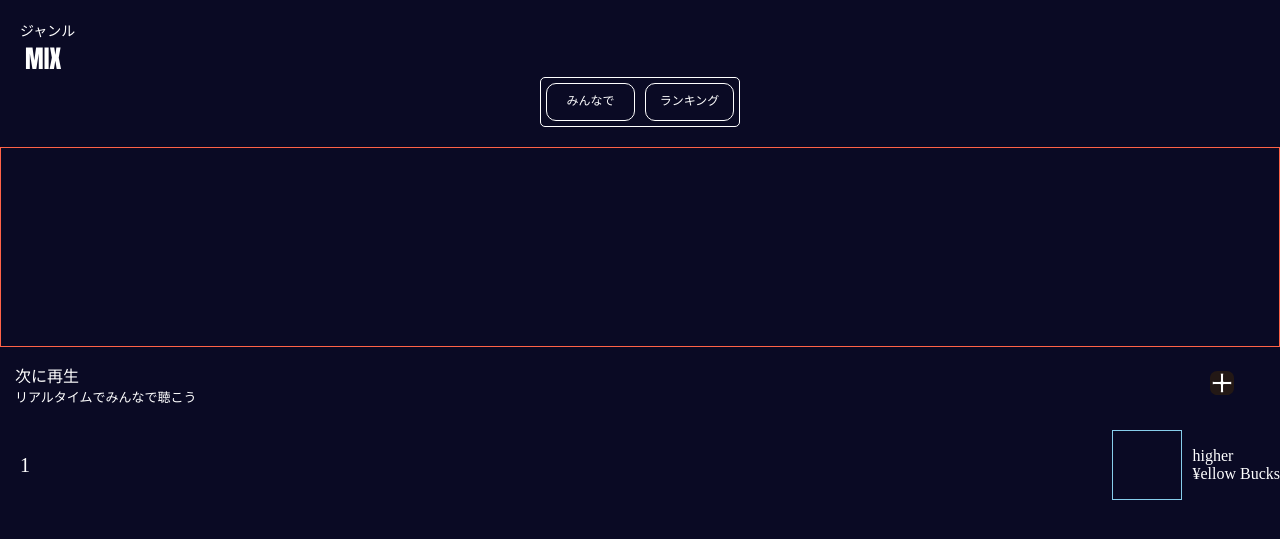
Repository: FujieRyou/2024_team
Page: /LoggedIn
These files come from the project's save history. The page is drawn as it stood at one moment and after the next save; the edit follows.
The browser window is 1280 px wide. The pictures show the whole page.
The project was rebuilt for these pictures with package versions that can differ from the ones it lists, and the page was loaded fresh each time. The framework's server and built-in components were replaced by stand-ins that run in the browser. Also part of the build but not shown: next.config.js.

Above is the page before, as saved 2024-01-10 11:27:33.

### src/pages/_app.jsx
import "@/styles/ress.css"
import '@/styles/index.css'

export default function App({ Component, pageProps }) {
  return <Component {...pageProps} />
}

### src/pages/LoggedIn.jsx
import React from 'react'

function LoggedIn (){
    return(
    <div id="container_wrap">
        <header>
            <div id="genre_wrap">ジャンル</div>
            <div id="mix_wrap">MIX</div>
            <div id="btn">
                <div className="everyone">みんなで</div>
                <div className="ranking">ランキング</div>
            </div>
        </header>
        <div id="main_img">
            <div className="scrollContent">
                <div className="scrollWrap">
                </div>
            </div>

        </div>
        <div id="maincontent_wrap">
            <div id="addition_wrap">
                    <p className='addition'>次に再生<br/><span>リアルタイムでみんなで聴こう</span></p>
                    <a href="">
                        <img src="./img/plusBtn.svg" alt="" />
                    </a>
            </div>
            <div id="songContent_wrap">
                <p className="song_num">1</p>
                <div id="song_wrap">
                    <div className="song_img">
                    </div>
                    <div id="singer_wrap">
                        <p className="songtitle">higher</p>
                        <p className="singer">¥ellow Bucks</p>
                    </div>
                </div>
            </div>
        </div>
    </div>
    )
}

export default LoggedIn

### src/styles/ress.css
/*!
 * ress.css • v4.0.0
 * MIT License
 * github.com/filipelinhares/ress
 */

/* # =================================================================
   # Global selectors
   # ================================================================= */

   html {
    box-sizing: border-box;
    -webkit-text-size-adjust: 100%; /* Prevent adjustments of font size after orientation changes in iOS */
    word-break: normal;
    -moz-tab-size: 4;
    tab-size: 4;
  }

  *,
  ::before,
  ::after {
    background-repeat: no-repeat; /* Set `background-repeat: no-repeat` to all elements and pseudo elements */
    box-sizing: inherit;
  }

  ::before,
  ::after {
    text-decoration: inherit; /* Inherit text-decoration and vertical align to ::before and ::after pseudo elements */
    vertical-align: inherit;
  }

  * {
    padding: 0; /* Reset `padding` and `margin` of all elements */
    margin: 0;
  }

  /* # =================================================================
     # General elements
     # ================================================================= */

  hr {
    overflow: visible; /* Show the overflow in Edge and IE */
    height: 0; /* Add the correct box sizing in Firefox */
    color: inherit; /* Correct border color in Firefox. */
  }

  details,
  main {
    display: block; /* Render the `main` element consistently in IE. */
  }

  summary {
    display: list-item; /* Add the correct display in all browsers */
  }

  small {
    font-size: 80%; /* Set font-size to 80% in `small` elements */
  }

  [hidden] {
    display: none; /* Add the correct display in IE */
  }

  abbr[title] {
    border-bottom: none; /* Remove the bottom border in Chrome 57 */
    /* Add the correct text decoration in Chrome, Edge, IE, Opera, and Safari */
    text-decoration: underline;
    text-decoration: underline dotted;
  }

  a {
    background-color: transparent; /* Remove the gray background on active links in IE 10 */
  }

  a:active,
  a:hover {
    outline-width: 0; /* Remove the outline when hovering in all browsers */
  }

  code,
  kbd,
  pre,
  samp {
    font-family: monospace, monospace; /* Specify the font family of code elements */
  }

  pre {
    font-size: 1em; /* Correct the odd `em` font sizing in all browsers */
  }

  b,
  strong {
    font-weight: bolder; /* Add the correct font weight in Chrome, Edge, and Safari */
  }

  /* https://gist.github.com/unruthless/413930 */
  sub,
  sup {
    font-size: 75%;
    line-height: 0;
    position: relative;
    vertical-align: baseline;
  }

  sub {
    bottom: -0.25em;
  }

  sup {
    top: -0.5em;
  }

  table {
    border-color: inherit; /* Correct border color in all Chrome, Edge, and Safari. */
    text-indent: 0; /* Remove text indentation in Chrome, Edge, and Safari */
  }

  /* # =================================================================
     # Forms
     # ================================================================= */

  input {
    border-radius: 0;
  }

  /* Replace pointer cursor in disabled elements */
  [disabled] {
    cursor: default;
  }

  [type='number']::-webkit-inner-spin-button,
  [type='number']::-webkit-outer-spin-button {
    height: auto; /* Correct the cursor style of increment and decrement buttons in Chrome */
  }

  [type='search'] {
    -webkit-appearance: textfield; /* Correct the odd appearance in Chrome and Safari */
    outline-offset: -2px; /* Correct the outline style in Safari */
  }

  [type='search']::-webkit-search-decoration {
    -webkit-appearance: none; /* Remove the inner padding in Chrome and Safari on macOS */
  }

  textarea {
    overflow: auto; /* Internet Explorer 11+ */
    resize: vertical; /* Specify textarea resizability */
  }

  button,
  input,
  optgroup,
  select,
  textarea {
    font: inherit; /* Specify font inheritance of form elements */
  }

  optgroup {
    font-weight: bold; /* Restore the font weight unset by the previous rule */
  }

  button {
    overflow: visible; /* Address `overflow` set to `hidden` in IE 8/9/10/11 */
  }

  button,
  select {
    text-transform: none; /* Firefox 40+, Internet Explorer 11- */
  }

  /* Apply cursor pointer to button elements */
  button,
  [type='button'],
  [type='reset'],
  [type='submit'],
  [role='button'] {
    cursor: pointer;
    color: inherit;
  }

  /* Remove inner padding and border in Firefox 4+ */
  button::-moz-focus-inner,
  [type='button']::-moz-focus-inner,
  [type='reset']::-moz-focus-inner,
  [type='submit']::-moz-focus-inner {
    border-style: none;
    padding: 0;
  }

  /* Replace focus style removed in the border reset above */
  button:-moz-focusring,
  [type='button']::-moz-focus-inner,
  [type='reset']::-moz-focus-inner,
  [type='submit']::-moz-focus-inner {
    outline: 1px dotted ButtonText;
  }

  button,
  html [type='button'], /* Prevent a WebKit bug where (2) destroys native `audio` and `video`controls in Android 4 */
  [type='reset'],
  [type='submit'] {
    -webkit-appearance: button; /* Correct the inability to style clickable types in iOS */
  }

  /* Remove the default button styling in all browsers */
  button,
  input,
  select,
  textarea {
    background-color: transparent;
    border-style: none;
  }

  a:focus,
  button:focus,
  input:focus,
  select:focus,
  textarea:focus {
    outline-width: 0;
  }

  /* Style select like a standard input */
  select {
    -moz-appearance: none; /* Firefox 36+ */
    -webkit-appearance: none; /* Chrome 41+ */
  }

  select::-ms-expand {
    display: none; /* Internet Explorer 11+ */
  }

  select::-ms-value {
    color: currentColor; /* Internet Explorer 11+ */
  }

  legend {
    border: 0; /* Correct `color` not being inherited in IE 8/9/10/11 */
    color: inherit; /* Correct the color inheritance from `fieldset` elements in IE */
    display: table; /* Correct the text wrapping in Edge and IE */
    max-width: 100%; /* Correct the text wrapping in Edge and IE */
    white-space: normal; /* Correct the text wrapping in Edge and IE */
    max-width: 100%; /* Correct the text wrapping in Edge 18- and IE */
  }

  ::-webkit-file-upload-button {
    /* Correct the inability to style clickable types in iOS and Safari */
    -webkit-appearance: button;
    color: inherit;
    font: inherit; /* Change font properties to `inherit` in Chrome and Safari */
  }

  /* # =================================================================
     # Specify media element style
     # ================================================================= */

  img {
    border-style: none; /* Remove border when inside `a` element in IE 8/9/10 */
  }

  /* Add the correct vertical alignment in Chrome, Firefox, and Opera */
  progress {
    vertical-align: baseline;
  }

  /* # =================================================================
     # Accessibility
     # ================================================================= */

  /* Specify the progress cursor of updating elements */
  [aria-busy='true'] {
    cursor: progress;
  }

  /* Specify the pointer cursor of trigger elements */
  [aria-controls] {
    cursor: pointer;
  }

  /* Specify the unstyled cursor of disabled, not-editable, or otherwise inoperable elements */
  [aria-disabled='true'] {
    cursor: default;
  }

### src/styles/index.css
html,body{
    width: 100vw;
    height: 100vh;
    background-color: #0A0A24;
    color: #fff;
}

nav{
    width: 100%;
    height: 81px;
    display: flex;
    justify-content: space-around;
    position: fixed;
    bottom: 0px;
    background-color: #0A0A24;
    border-top: solid 1px #8E8E8E;
}

.iconWrap{
    display: flex;
    flex-direction: column;
    align-items: center;
    justify-content: center;
}

.iconWrap a{
    display: flex;
    flex-direction: column;
    align-items: center;
    justify-content: center;
    text-decoration: none;
}

.iconWrap p{
    font-size: 10px;
    margin-top: 4px;
    color: #fff;
}

.loginWrap{
    width: 100vw;
    height: 100vh;
    padding-top: 200px;
}

.indexWrap{
    width: 100%;
    height: 100%;
}

/* h2{
    font-size: 64px;
    text-align: center;
    font-family: sans-serif;
    padding-top: 30px;
} */

.appName{
    font-size: 64px;
    text-align: center;
    font-family: sans-serif;
    padding-top: 30px;
    margin-top: 30px;
    color: #fff;
}

.signBtnWrap{
    width: 100%;
    height: auto;
}

.signBtn{
    display: flex;
    align-items: center;
    justify-content: center;
    width: 200px;
    height: 54px;
    border-radius: 30px;
    background-color: rgb(65, 243, 65);
    font-size: 16px;
    /* box-shadow: 3px 1px 3px 1px rgb(235, 235, 235); */
    margin: 0 auto;
    margin-top: 280px;
    color: #000;
    text-decoration: none;
}

.logoBox{
    width: 64px;
    height: 64px;
    background-color: gray;
    color: #fff;
    margin: 0 auto;
    display: flex;
    justify-content: center;
    align-items: center;
}

h2{
    text-align: center;
}

.searchWrap{
    margin-top: 69px;
    margin-bottom: 11px;
    padding: 0px 13px;
}

.searchTxt{
    width: 100%;
    height: 40px;
    border: solid 1px #000;
    background-color: #28376C;
    color: #fff;
    padding: 7px 18px;
    border-radius: 13px;

}

.searchBtn{
    width: 64px;
    height: 32px;
    background-color: aquamarine;
}

.searchResults{
    display: flex;
    gap: 8px;
    width: 100%;
    height: 88px;
    padding: 8px;
    overflow: hidden;
}

.searchResultsImg{
    width: 80px;
    height: 80px;
}

.searchResultsTxt p{
    width: 288px;
    font-size: 14px;
}

.genreWrap{
    padding: 0px 21px;
}

.genreWrap p{
    padding-left: 74px;
    margin-bottom: 12px;
}

.genruBtnWrap{
    display: flex;
    flex-wrap: wrap;
    padding: 0px 8px;
    gap: 16px 12px;
    margin: 0 auto;
}

.genruBtnWrap > button{
    width: 172px;
    height: 86px;
    background-color: #F42C2C;
    border-radius: 10px;
}

#genre_wrap{
    padding-top: 20px;
    align-items: center;
    color: #fff;
    font-size: 14px;
    margin-left: 20px;
    font-family: 'Noto Sans JP', sans-serif;
}

/* MIX */
#mix_wrap{
    font-size: 25px;
    font-family:Impact, Haettenschweiler, 'Arial Narrow Bold', sans-serif;
    margin-left: 25px;
}

/*genre btn*/
#btn{
    display: flex;
    justify-content: center;
    align-items: center;
    width: 200px;
    height: 50px;
    border: solid 1px #fff;
    border-radius: 5px;
    margin: 0 auto;
    text-align: center;
    margin-bottom: 20px;
}

.everyone{
    width: 80%;
    height: 80%;
    line-height: 35px;
    margin:0 5px;
    border: solid 1px #fff;
    border-radius: 10px;
    font-size: 12px;
    font-family:  'Noto Sans JP', sans-serif;
}

.ranking{
    width: 80%;
    height: 80%;
    line-height: 35px;
    margin:0 5px;
    border: solid 1px #fff;
    border-radius: 10px;
    font-size: 12px;
    font-family:  'Noto Sans JP', sans-serif;;
}


/*main*/
#main_img{
    width: 100%;
    height: 200px;
    border: solid 1px tomato;
    margin: 0 auto;

}

/*見出し*/
#addition_wrap{
    width: 100%;
    margin-top: 16px;
    margin-bottom: 24px;
    padding: 0px 46px 0px 15px;
    display: flex;
    align-items: center;
    justify-content: space-between;
}
.addition{
    font-size: 16px;
    font-family:  'Noto Sans JP', sans-serif;
}
.addition > span{
    font-size: 13px;
}
.dli-plus {
    display: inline-block;
    vertical-align: middle;
    justify-content: center;
    color: #fff;
    line-height: 20px;
    width: 1.5rem;
    height:0.15rem;
    background: #efefef;
    border-radius: 1rem;
    position: relative;
    top:24px;
    left:10px;
}

.dli-plus::before {
    content: '';
    position: absolute;
    top: 0;
    left: 0;
    width: 100%;
    height: 100%;
    background: inherit;
    border-radius: inherit;
    transform: rotate(90deg);

}
#addition_wrap{
    display: flex;
}
#addition_wrap  .back{
    display: block;
    background: #231815;
    width: 35px;
    height:35px;
    border-radius: 25%;
    margin-right: 50px;
}
.addition-text{
    font-size: 30px;
    font-family:'Noto Sans JP', sans-serif;

}

#plus_btn{
    /* align-items: center; */
    margin-left:220px;
    margin-top: -18px;
}

/*music list*/
#songContent_wrap{
    display: flex;
    justify-content: space-between;
    align-items: center;
    margin-bottom: 15px;
}

.song_num{
    font-size: 20px;
    margin: 0 20px;
}

#song_wrap{
    display: flex;
    justify-content: center;
    align-items: center;
    gap: 10px;
}


.song_img{
    border: solid 1px skyblue;
    width: 70px;
    height: 70px;
    margin-left: 28px;
}
.button_wrap{
    display: flex;
    flex-direction: column;
}
.button{
    width: 20px;
    height: 20px;
    border-radius: 50%;
    background-color: #d9d9d9;
    display: flex;
    justify-content: center;
}

.button p{
    display: flex;
    justify-content: center;
    align-items: center;
    text-align: center;
    gap: 3px;
}

.button p span{
    width: 3px;
    height: 3px;
    border-radius: 50%;
    background-color: #000;

}

Loaded but not shown: src/pages/_document.jsx (common file)

After the next save:
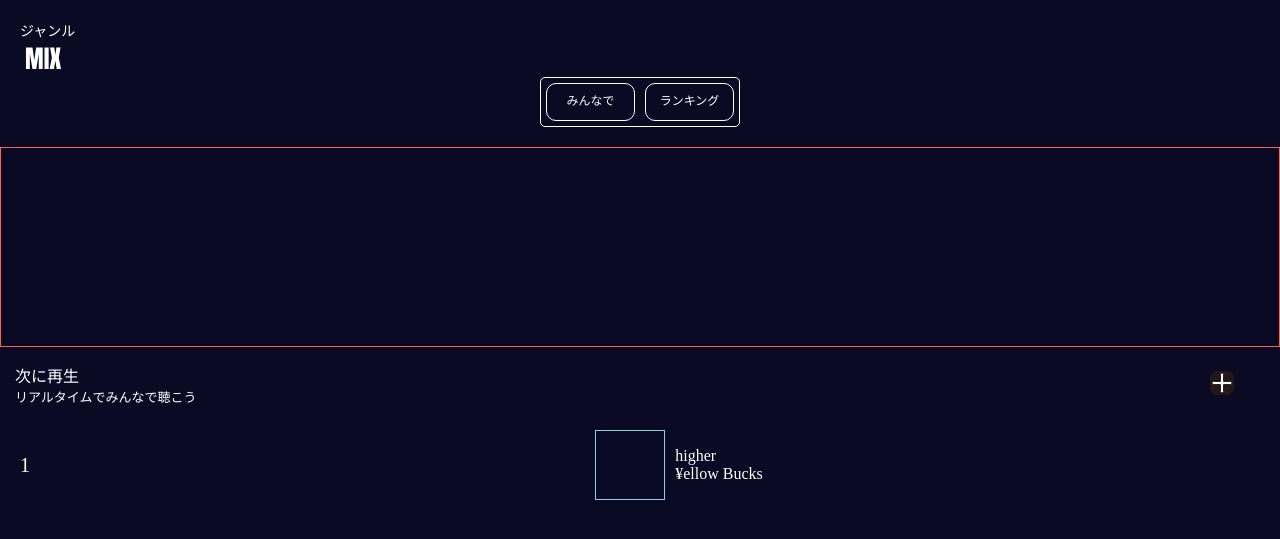
Saved 5 min 56 s later.
--- a/src/pages/LoggedIn.jsx
+++ b/src/pages/LoggedIn.jsx
@@ -35,6 +35,9 @@ function LoggedIn (){
                         <p className="singer">¥ellow Bucks</p>
                     </div>
                 </div>
+                <div className='contributor'>
+
+                </div>
             </div>
         </div>
     </div>
